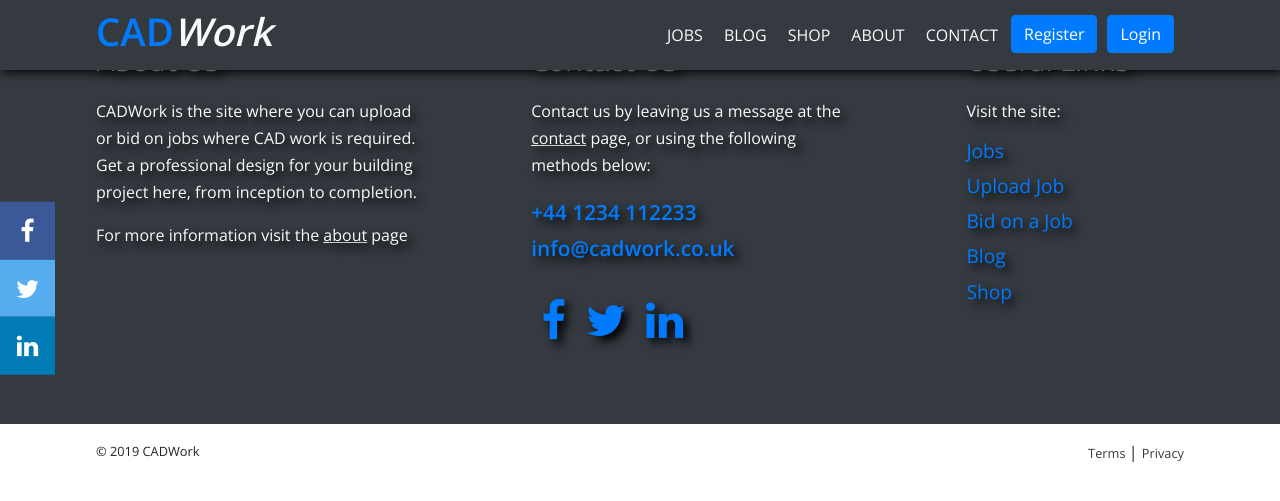
Repository: JShad30/cadwork
Page: templates/base.html
The author's editor kept a record of every edit. The page is drawn from the files as they stood at one moment, then again after the next edit.
The browser window is 1280 px wide. The pictures show the whole page.
The template is drawn by Django 2.2. The application's start-up code is not run. The template is opened directly, without the code that normally fills it, so the values that code supplies are empty.

Above is the page before.

After the next edit:
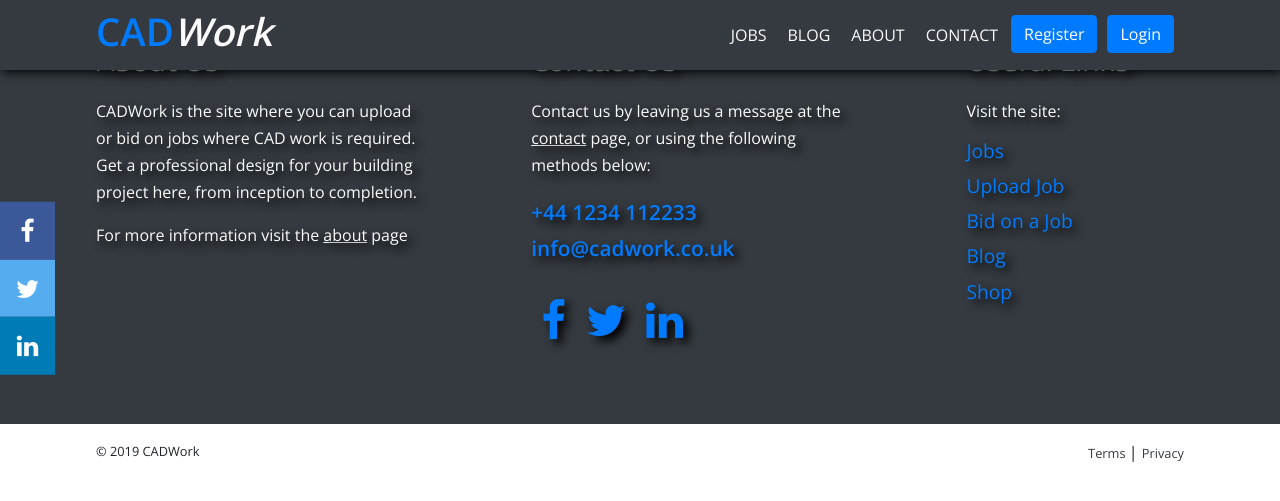
The edit:
--- a/templates/base.html
+++ b/templates/base.html
@@ -36,9 +36,6 @@
 		      		</li>
 		            <li class="nav-item">
 		                <a class="nav-link" href="#">Blog</a>
-		            </li>
-		            <li class="nav-item">
-		                <a class="nav-link" href="#">Shop</a>
 		            </li>
 		            <li class="nav-item">
 		                <a class="nav-link" href="#">About</a>
